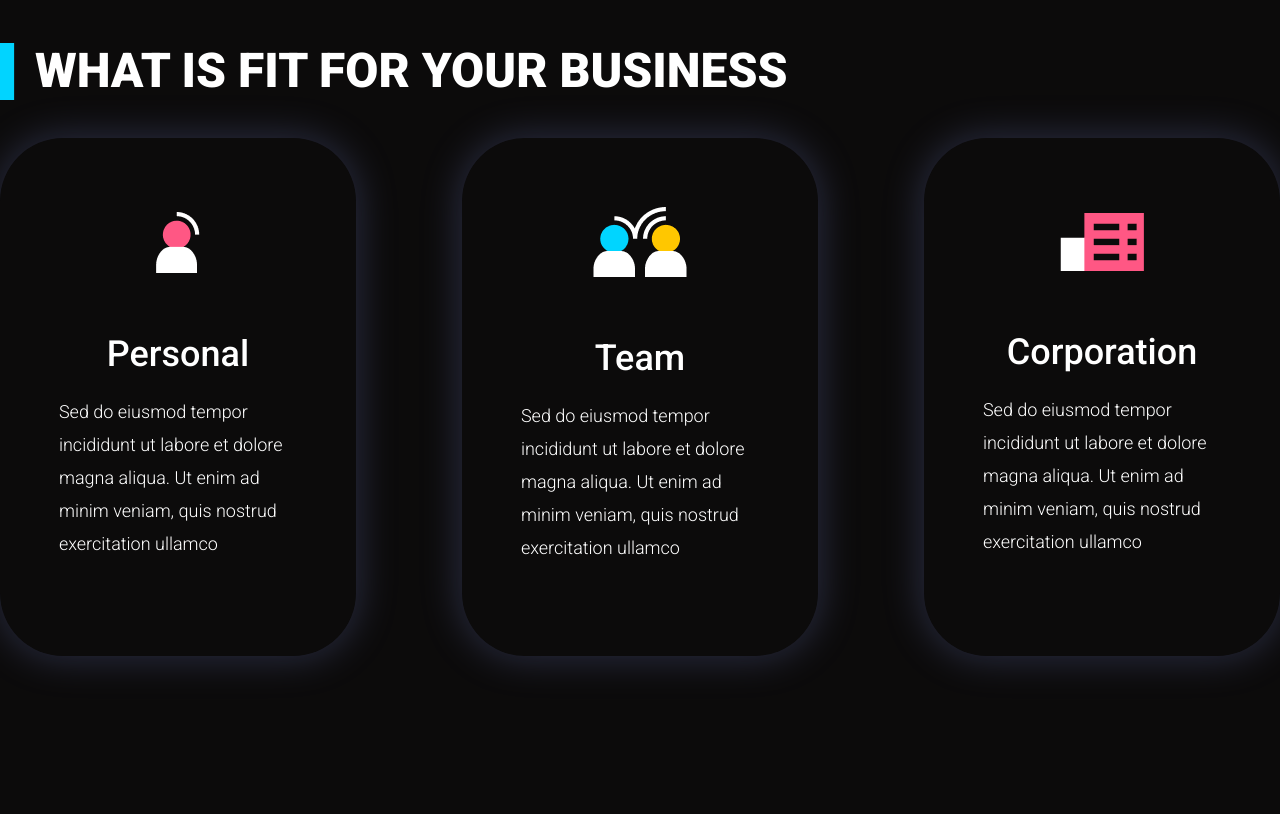
Repository: VetaWhale/team-site-test
Page: index.html
These files come from the project's save history. The page is drawn as it stood at one moment and after the next save; the edit follows.
The browser window is 1280 px wide. The pictures show the whole page.
Some web fonts or font styles are not loaded; a fallback is used.

Above is the page before, as saved 2023-04-24 13:37:49.

After the next save:
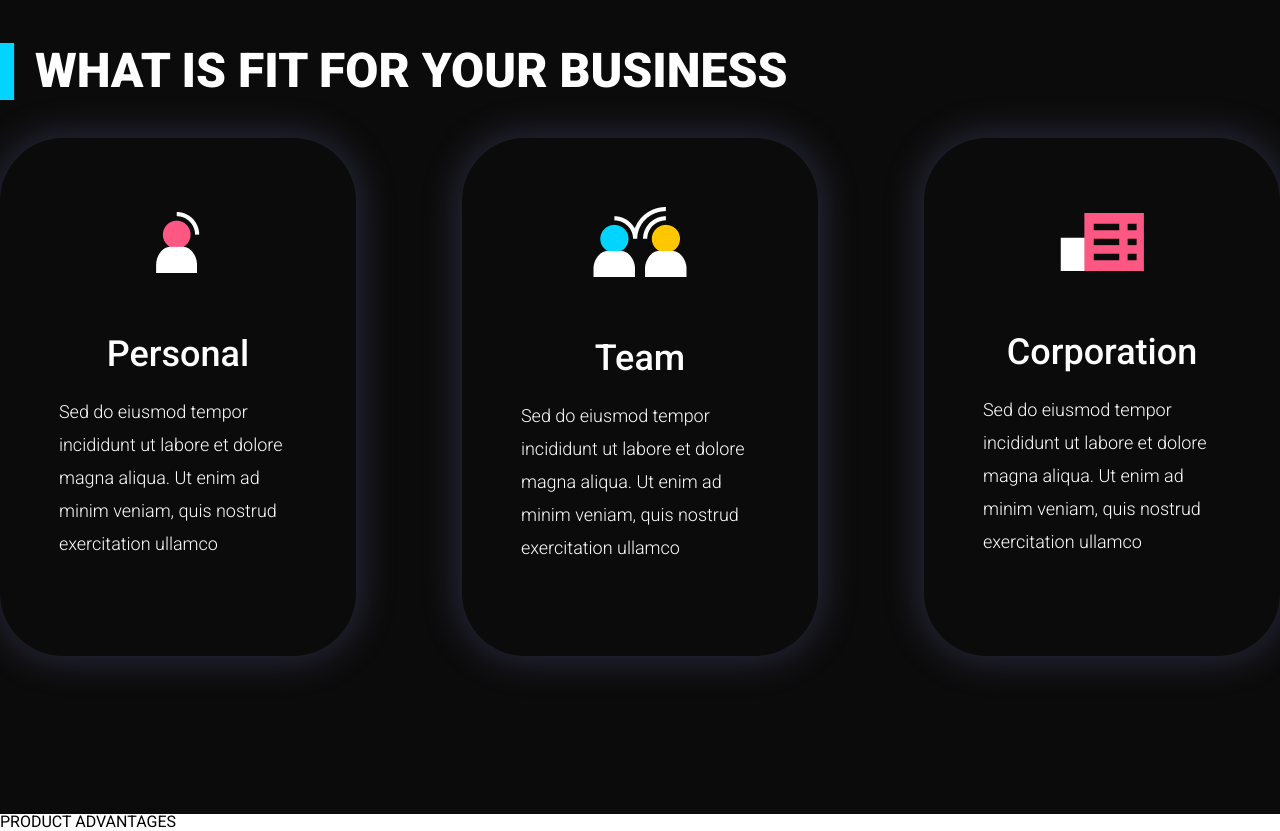
Saved 11 min 0 s later.
--- a/index.html
+++ b/index.html
@@ -46,6 +46,14 @@
                 </div>
             </div>
         </section>
+        <section class="product__section">
+            <div class="product__container">
+                <h2 class="product__title">
+                    PRODUCT ADVANTAGES
+                </h2>
+
+            </div>
+        </section>
     </main>
     <footer></footer>
 </body>
